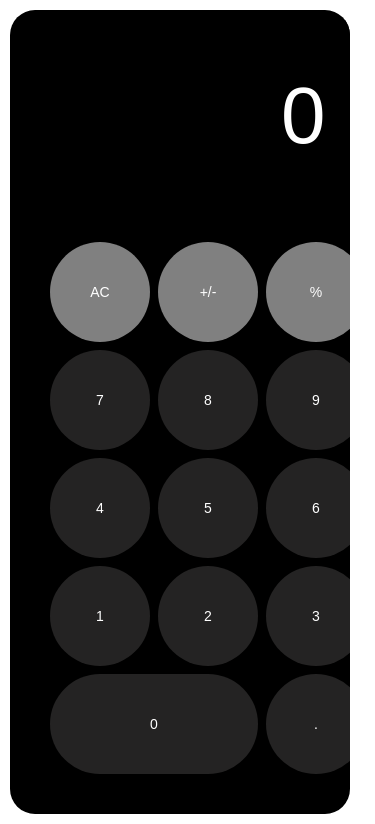
Repository: EguJaredoBoyd/IgHub
Page: mId-week-project/index.html
An editor plug-in stored every save of this project. The page is shown before and after the next save, followed by the edit.
The browser window is 375 px wide. The pictures show the whole page.

Above is the page before, as saved 2025-03-01 21:24:09.

### mId-week-project/index.html
<!DOCTYPE html>
<html lang="en">
<head>
    <meta charset="UTF-8">
    <meta name="viewport" content="width=device-width, initial-scale=1.0">
    <title>Document</title>
    <link rel="stylesheet" href="./styles.css">
    <script src="./script-two.js" defer></script>
</head>
<body>

    <div id="calculator" >
        <input id="display" readonly>
        <div id="keys">
            <button onclick="clearDisplay()"class="signs">AC</button>
            <button onclick="appendToDisplay('+/-')" class="signs">+/-</button>
            <button onclick="appendToDisplay('%')" class="signs">%</button>
            <button onclick="appendToDisplay('/')" class="operator-btn">/</button>
            <button onclick="appendToDisplay('7')">7</button>
            <button onclick="appendToDisplay('8')">8</button>
            <button onclick="appendToDisplay('9')">9</button>
            <button onclick="appendToDisplay('*')"class="operator-btn">x</button>
            <button onclick="appendToDisplay('4')">4</button>
            <button onclick="appendToDisplay('5')">5</button>
            <button onclick="appendToDisplay('6')">6</button>
            <button onclick="appendToDisplay('-')"class="operator-btn">-</button>
            <button onclick="appendToDisplay('1')">1</button>
            <button onclick="appendToDisplay('2')">2</button>
            <button onclick="appendToDisplay('3')">3</button>
            <button onclick="appendToDisplay('+')"class="operator-btn">+</button>
            <button onclick="appendToDisplay('0')" class="zero">0</button>
            <button onclick="appendToDisplay('.')">.</button>
            <button onclick="calculate()"class="operator-btn">=</button>
        </div>
    </div>

</body>
</html>

### mId-week-project/styles.css


button{
    width: 100px;
    height: 100px;
    border: none;
    background-color: rgb(36, 35, 35);
    color:white;
    font-size: 3rem;
    font-weight: lighter;
    cursor: pointer;
}

#keys{
    display: grid;
    grid-template-columns: auto auto auto auto;
    gap: 20px;
    padding: 30px;
}

#keys button:not(.zero){
    border-radius: 50%;
}

#calculator{
    font-family: Verdana, Geneva, Tahoma, sans-serif;
    background-color: black;
    border-radius: 25px;
    max-width: 500px;
    overflow: hidden;
}

body{
    margin: 10px;
    display: grid;
}

#display{
    width: 80%;
    padding: 50px;
    font-size: 5rem;
    text-align: right;
    border: none;
    background-color: black;
    color: white;

}

button:hover{
    background-color: gray;

}

button:active{
    background-color: white;
}

.operator-btn{
    background-color: orange;

}

.signs{
    background-color: gray;
}

.zero{
    grid-column: 1 / span 2;
    width: 100%;
    border-radius: 50px;
}

/* Media query for tablets */
@media (max-width: 768px) {
    #calculator {
        width: 250px;
        padding: 15px;
        font-family: Verdana, Geneva, Tahoma, sans-serif;
        background-color: black;
        border-radius: 25px;
        overflow: hidden;
    }

    button {
        padding: 12px;
        font-size: 16px;
    }
}

/* Media query for mobile devices */
@media (max-width: 480px) {
    #calculator {
        width: 90%;
        padding: 10px;
        font-family: Verdana, Geneva, Tahoma, sans-serif;
        background-color: black;
        border-radius: 25px;
        overflow: hidden;




    }

    #keys {
        grid-template-columns: repeat(4, 1fr);
        gap: 8px;
    }

    button {
        padding: 10px;
        font-size: 14px;
    }
}

### mId-week-project/script-two.js
let display = document.getElementById("display");
let currentInput = "";
let operator = "";
let firstOperand = null;

function appendToDisplay(value) {
    if (value === "+/-") {
        currentInput = currentInput ? String(-parseFloat(currentInput)) : "";
    } else if (value === "%") {
        currentInput = currentInput ? String(parseFloat(currentInput) / 100) : "";
    } else if (["+", "-", "*", "/"].includes(value)) {
        if (firstOperand === null) {
            firstOperand = parseFloat(currentInput);
            operator = value;
            currentInput = "";
        } else if (currentInput !== "") {
            calculate();
            operator = value;
        }
    } else {
        currentInput += value;
    }
    updateDisplay();
}

function updateDisplay() {
    display.value = currentInput || firstOperand || "0";
}

function clearDisplay() {
    currentInput = "";
    operator = "";
    firstOperand = null;
    updateDisplay();
}

function calculate() {
    if (firstOperand !== null && operator && currentInput !== "") {
        let secondOperand = parseFloat(currentInput);
        switch (operator) {
            case "+":
                firstOperand += secondOperand;
                break;
            case "-":
                firstOperand -= secondOperand;
                break;
            case "*":
                firstOperand *= secondOperand;
                break;
            case "/":
                firstOperand = secondOperand !== 0 ? firstOperand / secondOperand : "Error";
                break;
        }
        currentInput = "";
        operator = "";
        updateDisplay();
    }
}

// Initialize display
updateDisplay();

After the next save:
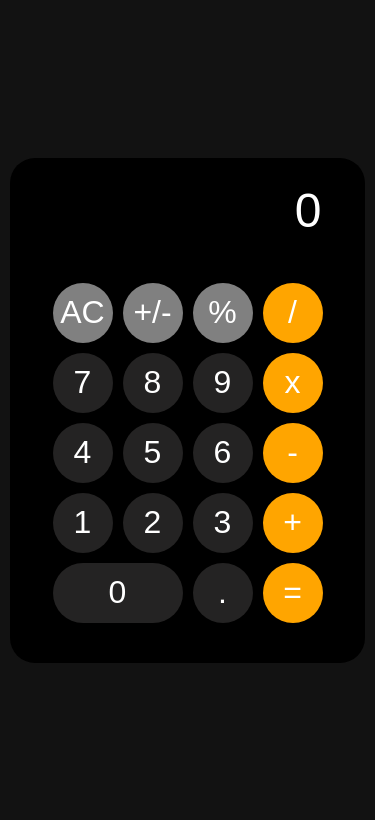
Saved 3 min 44 s later.
--- a/mId-week-project/styles.css
+++ b/mId-week-project/styles.css
@@ -1,114 +1,117 @@
-
-
-button{
+/* Base styles for all screen sizes */
+button {
     width: 100px;
     height: 100px;
     border: none;
     background-color: rgb(36, 35, 35);
-    color:white;
+    color: white;
     font-size: 3rem;
     font-weight: lighter;
     cursor: pointer;
+    border-radius: 50%;
+    /* Ensuring all buttons (except zero) stay circular */
 }
 
-#keys{
+#keys {
     display: grid;
-    grid-template-columns: auto auto auto auto;
+    grid-template-columns: repeat(4, 1fr);
     gap: 20px;
     padding: 30px;
 }
 
-#keys button:not(.zero){
-    border-radius: 50%;
+#keys button.zero {
+    grid-column: 1 / span 2;
+    width: 100%;
+    border-radius: 50px;
 }
 
-#calculator{
+#calculator {
     font-family: Verdana, Geneva, Tahoma, sans-serif;
     background-color: black;
     border-radius: 25px;
     max-width: 500px;
+    width: 90%;
+    padding: 20px;
     overflow: hidden;
+    display: flex;
+    flex-direction: column;
+    align-items: center;
 }
 
-body{
+body {
     margin: 10px;
-    display: grid;
+    display: flex;
+    justify-content: center;
+    align-items: center;
+    height: 100vh;
+    background-color: #121212;
 }
 
-#display{
+#display {
     width: 80%;
-    padding: 50px;
+    padding: 30px;
     font-size: 5rem;
     text-align: right;
     border: none;
     background-color: black;
     color: white;
-
 }
 
-button:hover{
+/* Button interaction styles */
+button:hover {
     background-color: gray;
-
 }
 
-button:active{
+button:active {
     background-color: white;
 }
 
-.operator-btn{
+/* Special button colors */
+.operator-btn {
     background-color: orange;
-
 }
 
-.signs{
+.signs {
     background-color: gray;
 }
 
-.zero{
-    grid-column: 1 / span 2;
-    width: 100%;
-    border-radius: 50px;
-}
-
-/* Media query for tablets */
+/* Responsive Design: Scaling down properly for smaller screens */
 @media (max-width: 768px) {
-    #calculator {
-        width: 250px;
-        padding: 15px;
-        font-family: Verdana, Geneva, Tahoma, sans-serif;
-        background-color: black;
-        border-radius: 25px;
-        overflow: hidden;
+    button {
+        width: 80px;
+        height: 80px;
+        font-size: 2.5rem;
     }
 
-    button {
-        padding: 12px;
-        font-size: 16px;
+    #calculator {
+        max-width: 400px;
+        padding: 15px;
+    }
+
+    #display {
+        font-size: 4rem;
+        padding: 20px;
     }
 }
 
-/* Media query for mobile devices */
 @media (max-width: 480px) {
-    #calculator {
-        width: 90%;
-        padding: 10px;
-        font-family: Verdana, Geneva, Tahoma, sans-serif;
-        background-color: black;
-        border-radius: 25px;
-        overflow: hidden;
-
-
-
-
+    button {
+        width: 60px;
+        height: 60px;
+        font-size: 2rem;
     }
 
     #keys {
-        grid-template-columns: repeat(4, 1fr);
-        gap: 8px;
+        gap: 10px;
     }
 
-    button {
+    #display {
+        font-size: 3rem;
+        padding: 15px;
+    }
+
+    #calculator {
+        width: 95%;
         padding: 10px;
-        font-size: 14px;
     }
 }
